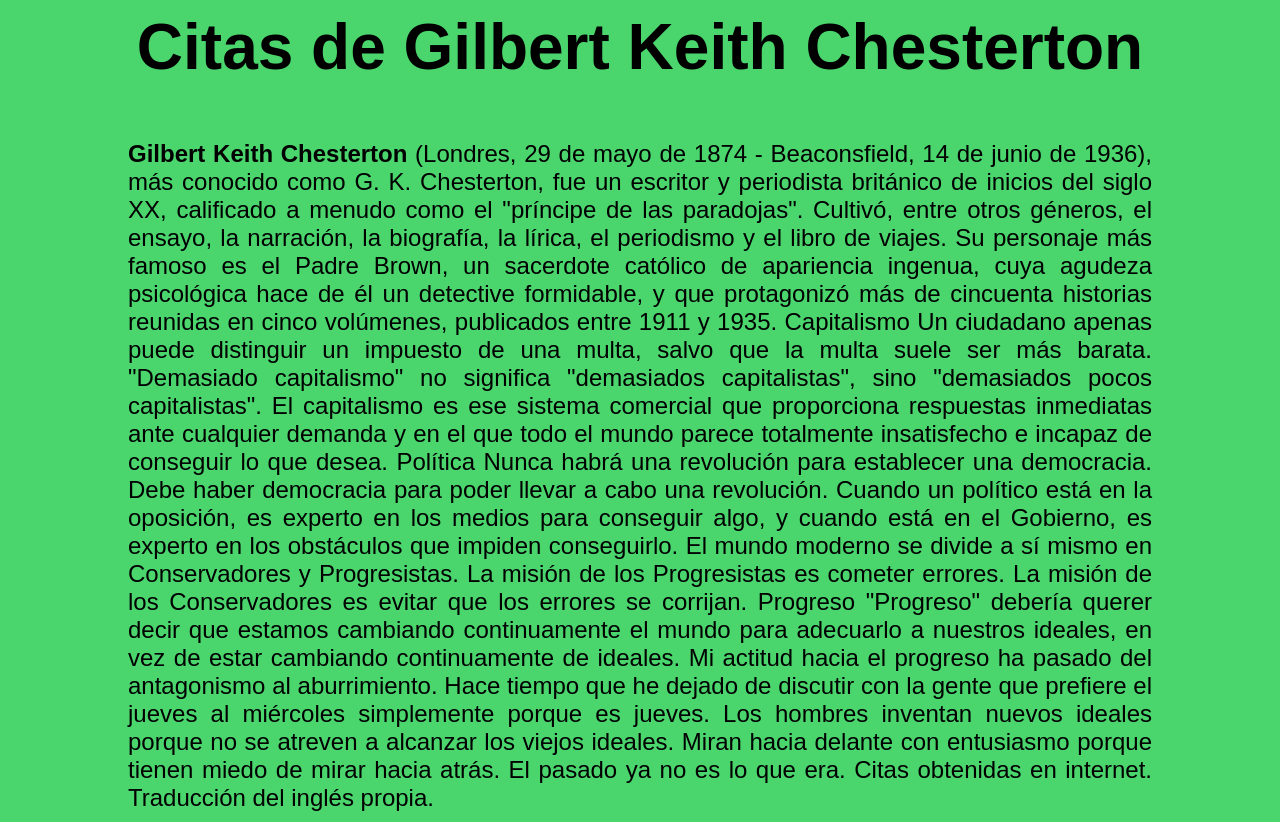
Repository: EmilyMachuca-Developer/Advanced-Programming-Projects
Page: index.html
These files come from the project's save history. The page is drawn as it stood at one moment and after the next save; the edit follows.
The browser window is 1280 px wide. The pictures show the whole page.

Above is the page before, as saved 2024-02-26 20:17:19.

After the next save:
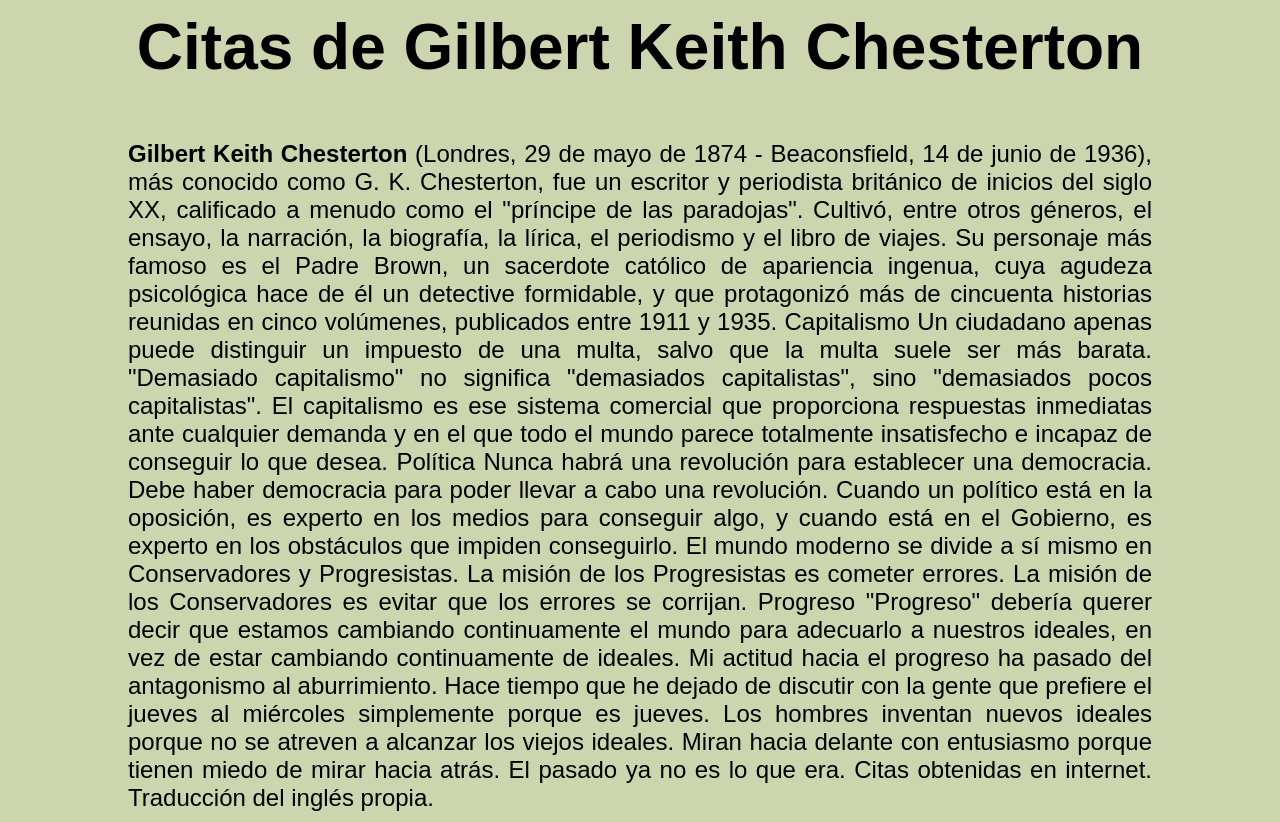
Saved 35 s later.
--- a/Taller 2/css/style.css
+++ b/Taller 2/css/style.css
@@ -1,6 +1,6 @@
 body {
     margin: 10px 10%;
-    background-color: 4ad66d;
+    background-color: ccd5ae;
     font-family: sans-serif;
     font-size: 1.5rem;
     text-align: justify;
